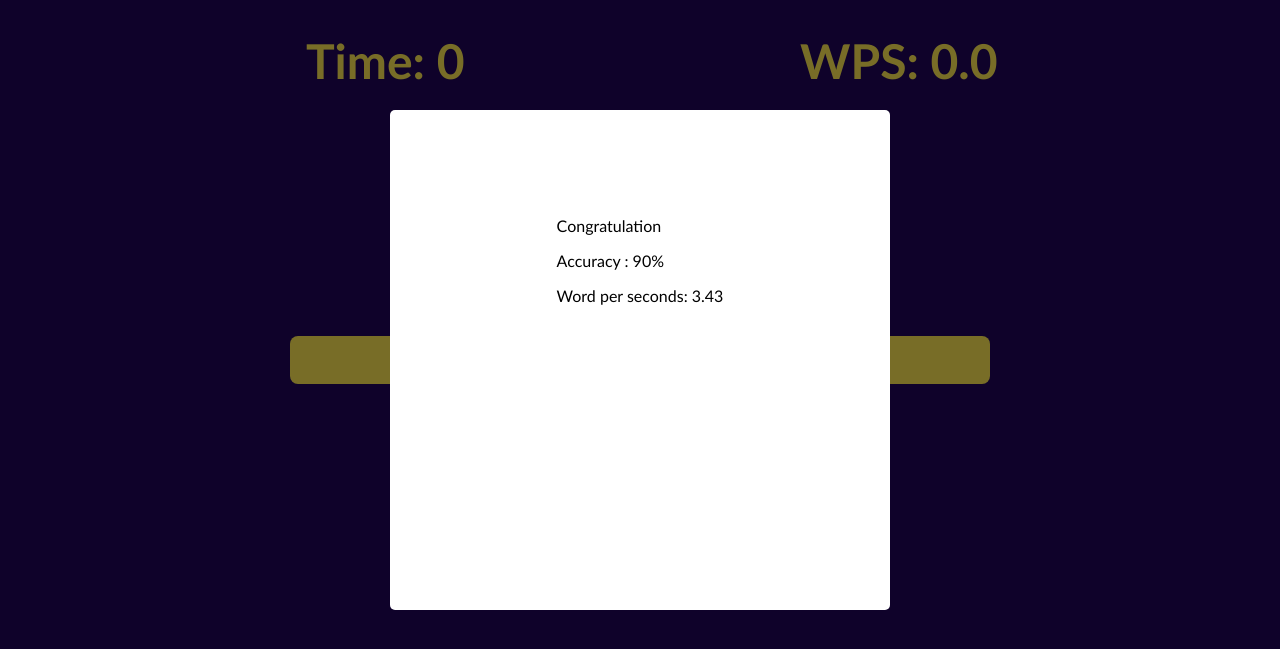
Repository: KhangNguyenIU/Vanilajs-TypingSpeed
Page: index.html
The author's editor kept a copy of each file at every save. The page is drawn from the files as they stood at one save, then again after the next save.
The browser window is 1280 px wide. The pictures show the whole page.
The page's requests for data from a server got no answer.

Above is the page before, as saved 2021-10-15 11:15:11.

After the next save:
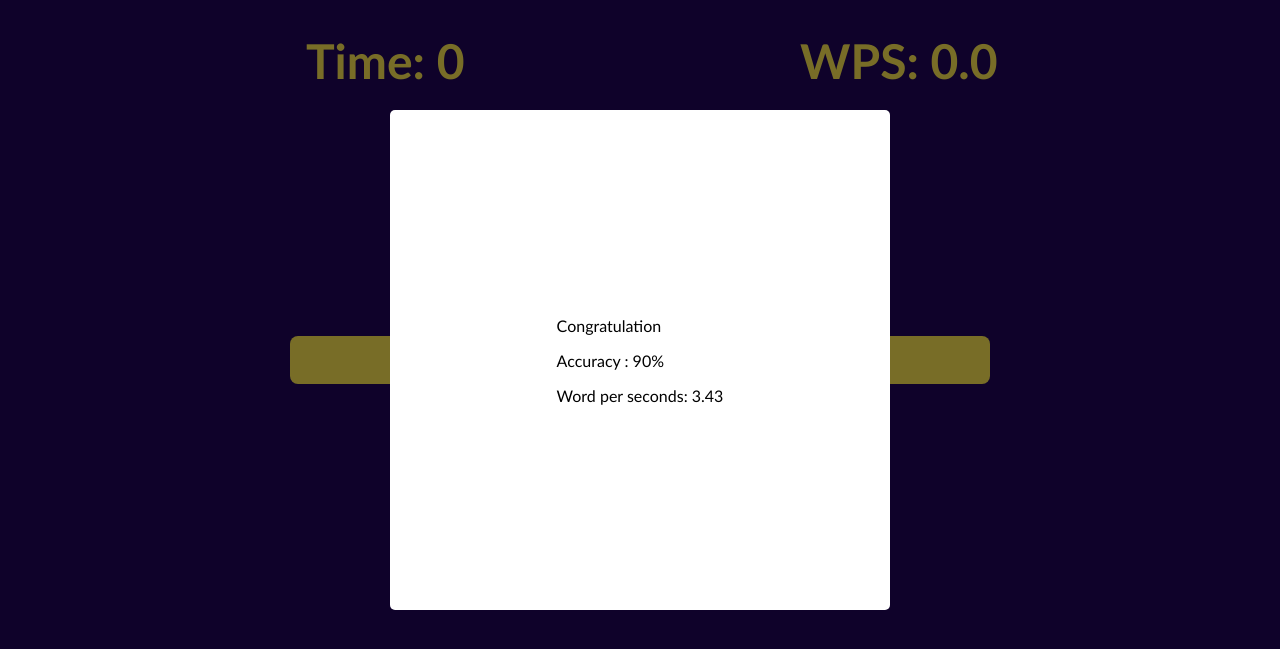
Saved 4 s later.
--- a/style.css
+++ b/style.css
@@ -54,7 +54,7 @@
   }
 
   .modal-body{
-    margin-top: -200px;
+
   }
   .timer {
     position: absolute;
